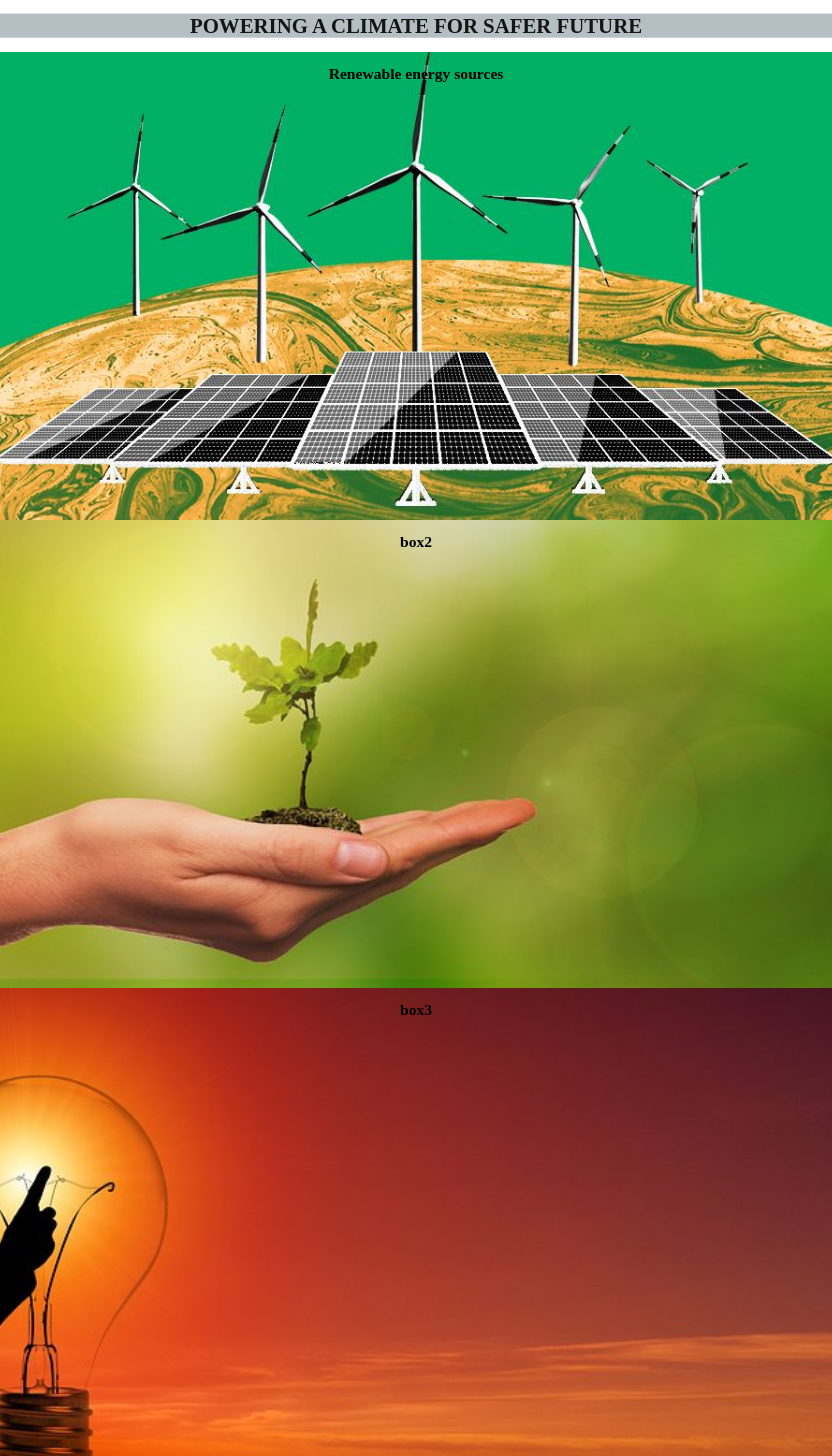
Repository: NavinDayanithi/static-web-design-competition
Page: index.html
The author's editor kept a copy of each file at every save. The page is drawn from the files as they stood at one save, then again after a run of saves.
The browser window is 1280 px wide. The pictures show the whole page, at 65% of full size.
Backgrounds fixed to the window are drawn as part of the page.

Above is the page before, as saved 2023-04-28 19:49:03.

### index.html
<!DOCTYPE html>
<html lang="en">
<head>
  <title>POWERING CLIMATE </title>
  <link rel="stylesheet" href="styles.css">
</head>
<body>
    <h1 >POWERING A CLIMATE FOR SAFER FUTURE</h1>
    <div class="box1">
        <h2>Renewable energy sources</h2>
    </div>
    <div class="box2">
        <h2>box2</h2>
    </div>
    <div class="box3">
        <h2>box3</h2>
    </div>
</body>
</html>

### styles.css

h1
{
    text-align:center;
    color:rgb(19, 20, 20);
    background-color: rgb(181, 191, 195);

}
h2{
    text-align: center;
}

 body{
    margin: 0;
    padding: 0;
    /* background-color: blue; */
}
head{
    text-align: center;
}

.box1{
    height: 100vh;
    width:100%;
    background-image: url(img1.jpg);
    background-size: cover;
    background-position: center;
    display: table;
    background-attachment: fixed;
}

.box2{
    height: 100vh;
    width:100%;
    background-image: url(img2.jpg);
    background-size: cover;
    background-position: center;
    display: table;
    background-attachment: fixed;
}

.box3{
    height: 100vh;
    width:100%;
    background-image: url(img3.jpg);
    background-size: cover;
    background-position: center;
    display: table;
    background-attachment: fixed;
}

After the next 5 saves:
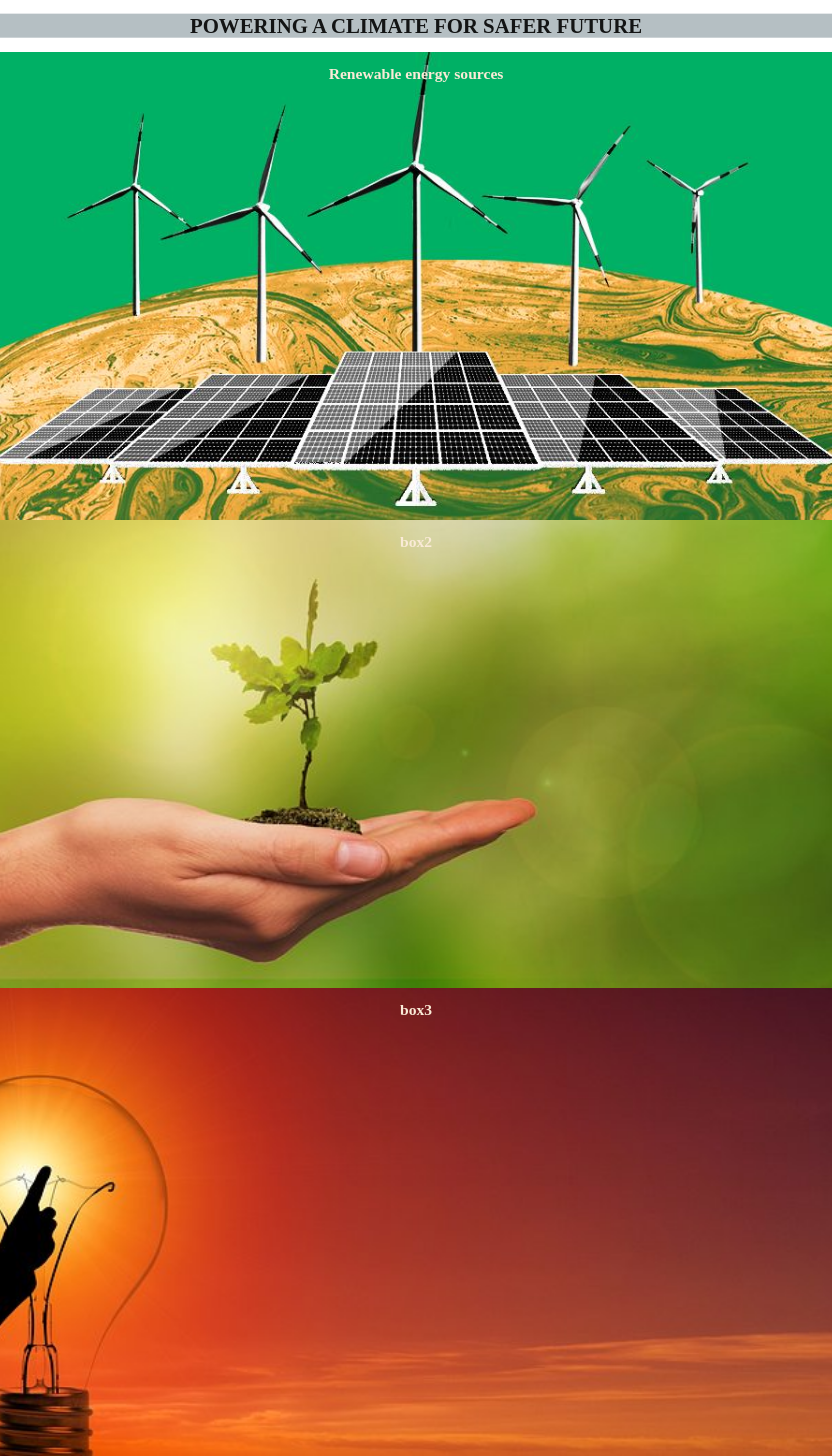
The 5 saves are shown as one change because they came seconds apart.
The last was saved 14 s later.
--- a/styles.css
+++ b/styles.css
@@ -8,6 +8,7 @@ h1
 }
 h2{
     text-align: center;
+    color: antiquewhite;
 }
 
  body{
